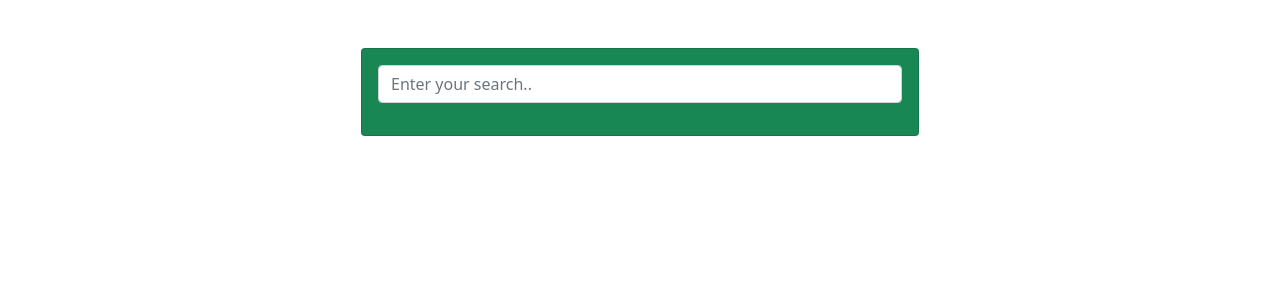
Repository: Hits-95/Spring
Page: http://localhost/SpringMVC_Search/home
These files come from the project's save history. The page is drawn as it stood at one moment and after the next save; the edit follows.
The browser window is 1280 px wide. The pictures show the whole page.
The page is served by Tomcat 9. Other server files are loaded and not shown.

Above is the page before, as saved 2021-04-10 07:05:10.

### SpringMVC_Search/src/main/webapp/WEB-INF/spring-servlet.xml
<?xml version="1.0" encoding="UTF-8"?>
<beans xmlns="http://www.springframework.org/schema/beans"
	xmlns:xsi="http://www.w3.org/2001/XMLSchema-instance" xmlns:context="http://www.springframework.org/schema/context"
	xmlns:p="http://www.springframework.org/schema/p" xmlns:tx="http://www.springframework.org/schema/tx"
	xsi:schemaLocation="http://www.springframework.org/schema/beans
 	http://www.springframework.org/schema/beans/spring-beans.xsd
 	http://www.springframework.org/schema/context
 	http://www.springframework.org/schema/context/spring-context.xsd
 	http://www.springframework.org/schema/tx
 	http://www.springframework.org/schema/tx/spring-tx.xsd
 	">


	<!-- enable annotation -->
	<context:component-scan base-package="SpringMVC_Search"></context:component-scan>
	<!-- this is our bean -->

	<bean
		class="org.springframework.web.servlet.view.InternalResourceViewResolver"
		name="viewResolver">

		<property name="prefix" value="/WEB-INF/views/" />
		<property name="suffix" value=".jsp" />
	</bean>



</beans>

### SpringMVC_Search/src/main/webapp/WEB-INF/views/home.jsp
<%@ page language="java" contentType="text/html; charset=ISO-8859-1"
	pageEncoding="ISO-8859-1"%>
<%@include file="link.jsp"%>
<!DOCTYPE html PUBLIC "-//W3C//DTD HTML 4.01 Transitional//EN" "http://www.w3.org/TR/html4/loose.dtd">
<html>
<head>
<meta http-equiv="Content-Type" content="text/html; charset=ISO-8859-1">
<title>Home</title>
</head>
<body>
	<div class="container">
		<div class="card mx-auto mt-5 bg-success" style="width: 50%;">
			<!-- <img src="..." class="card-img-top" alt="..."> -->
			<div class="card-body">
				<form action="">
					<div class="mb-3">
						<input type="text" class="form-control" id="querybox"
							name="querybox" placeholder = "Enter your search..">

					</div>
				</form>
			</div>
		</div>
	</div>

</body>
</html>

### SpringMVC_Search/src/main/webapp/WEB-INF/views/link.jsp
<!doctype html>
<html lang="en">
  <head>
    <!-- Required meta tags -->
    <meta charset="utf-8">
    <meta name="viewport" content="width=device-width, initial-scale=1">

    <!-- Bootstrap CSS -->
    <link href="https://cdn.jsdelivr.net/npm/bootstrap@5.0.0-beta3/dist/css/bootstrap.min.css" rel="stylesheet" integrity="sha384-eOJMYsd53ii+scO/bJGFsiCZc+5NDVN2yr8+0RDqr0Ql0h+rP48ckxlpbzKgwra6" crossorigin="anonymous">


  </head>
  <body>


    <!-- Optional JavaScript; choose one of the two! -->

    <!-- Option 1: Bootstrap Bundle with Popper -->
    <script src="https://cdn.jsdelivr.net/npm/bootstrap@5.0.0-beta3/dist/js/bootstrap.bundle.min.js" integrity="sha384-JEW9xMcG8R+pH31jmWH6WWP0WintQrMb4s7ZOdauHnUtxwoG2vI5DkLtS3qm9Ekf" crossorigin="anonymous"></script>

    <!-- Option 2: Separate Popper and Bootstrap JS -->
    <!--
    <script src="https://cdn.jsdelivr.net/npm/@popperjs/core@2.9.1/dist/umd/popper.min.js" integrity="sha384-SR1sx49pcuLnqZUnnPwx6FCym0wLsk5JZuNx2bPPENzswTNFaQU1RDvt3wT4gWFG" crossorigin="anonymous"></script>
    <script src="https://cdn.jsdelivr.net/npm/bootstrap@5.0.0-beta3/dist/js/bootstrap.min.js" integrity="sha384-j0CNLUeiqtyaRmlzUHCPZ+Gy5fQu0dQ6eZ/xAww941Ai1SxSY+0EQqNXNE6DZiVc" crossorigin="anonymous"></script>
    -->
  </body>
</html>

### SpringMVC_Search/src/main/java/SpringMVC_Search/SearchController.java
package SpringMVC_Search;

import org.springframework.stereotype.Controller;
import org.springframework.web.bind.annotation.RequestMapping;

@Controller
public class SearchController {

	@RequestMapping("/home")
	public String home(){

		System.out.println("home was called...");
		return"home";
	}
}

After the next save:
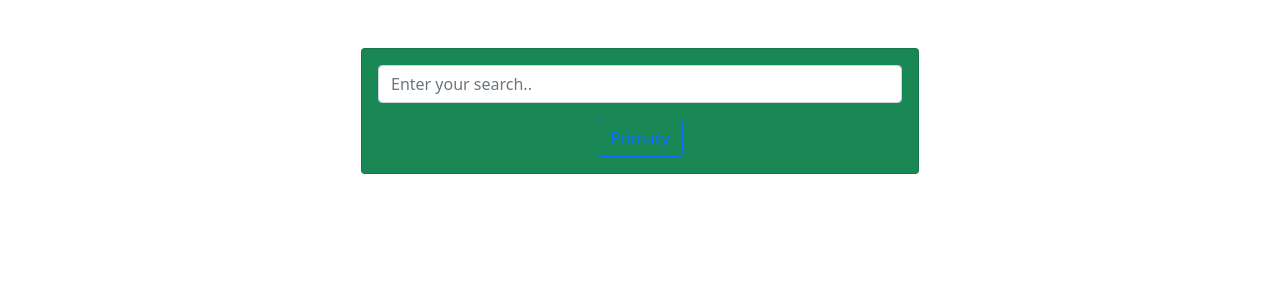
Saved 64 s later.
--- a/SpringMVC_Search/src/main/webapp/WEB-INF/views/home.jsp
+++ b/SpringMVC_Search/src/main/webapp/WEB-INF/views/home.jsp
@@ -15,8 +15,10 @@
 				<form action="">
 					<div class="mb-3">
 						<input type="text" class="form-control" id="querybox"
-							name="querybox" placeholder = "Enter your search..">
-
+							name="querybox" placeholder="Enter your search..">
+					</div>
+					<div class="container text-center">
+						<button type="button" class="btn btn-outline-primary">Primary</button>
 					</div>
 				</form>
 			</div>
